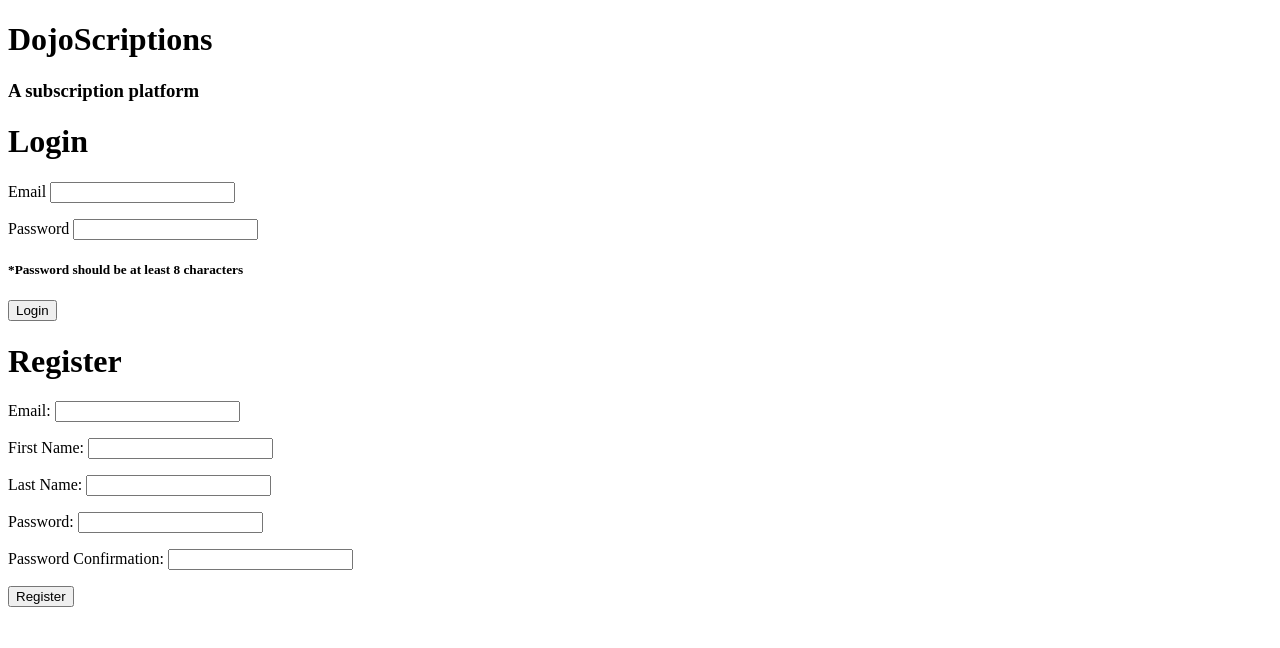
Repository: jshin07/Java
Page: http://localhost/javabelt1/WEB-INF/logReg.jsp
An editor plug-in stored every save of this project. The page is shown before and after the next save, followed by the edit.
The browser window is 1280 px wide. The pictures show the whole page.
The page is served by Tomcat 9. Nobody is signed in. The template is opened directly, without the code that normally fills it, so the values that code supplies are empty.

Above is the page before, as saved 2017-07-27 15:08:11.

After the next save:
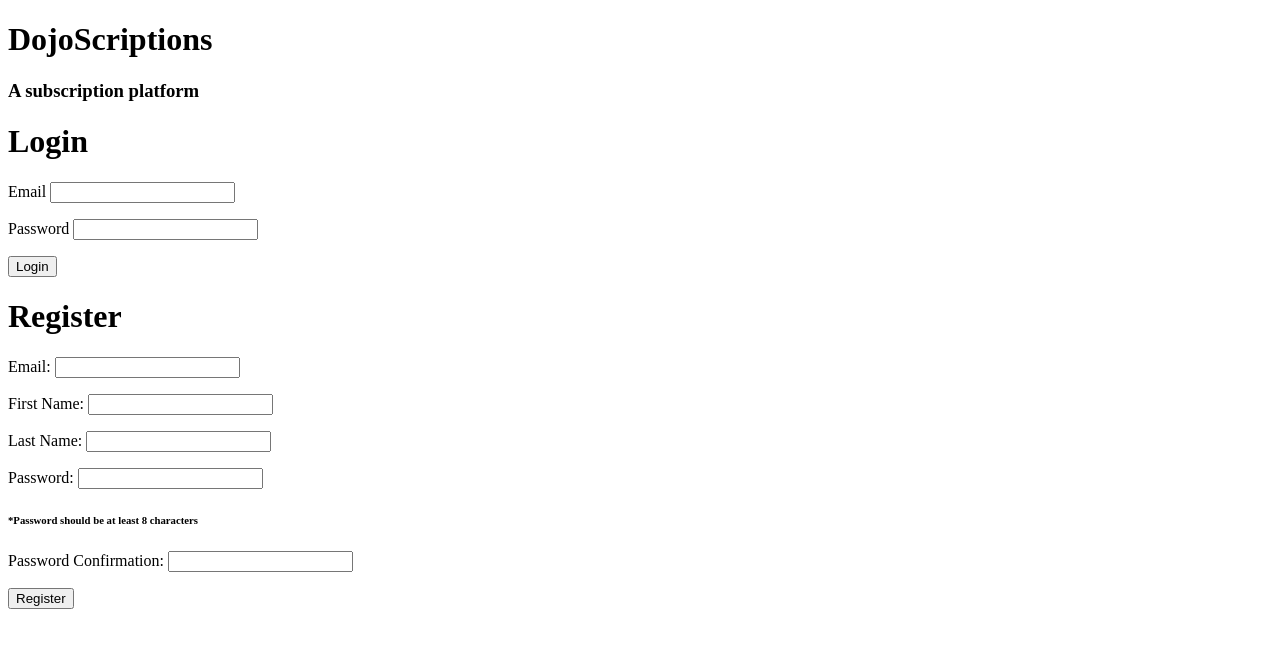
Saved 42 s later.
--- a/SpringTool/javabelt1/src/main/webapp/WEB-INF/logReg.jsp
+++ b/SpringTool/javabelt1/src/main/webapp/WEB-INF/logReg.jsp
@@ -28,7 +28,6 @@
     <p>
         <label for="password">Password</label>
         <input type="password" id="password" name="password"/>
-        <h5>*Password should be at least 8 characters</h5>
     </p>
     <input type="hidden" name="${_csrf.parameterName}" value="${_csrf.token}"/>
     <input type="submit" value="Login"/>
@@ -55,6 +54,7 @@
         <p>
             <form:label path="password">Password:</form:label>
             <form:password path="password"/>
+             <h6>*Password should be at least 8 characters</h6>
         </p>
         <p>
             <form:label path="passwordConfirmation">Password Confirmation:</form:label>
